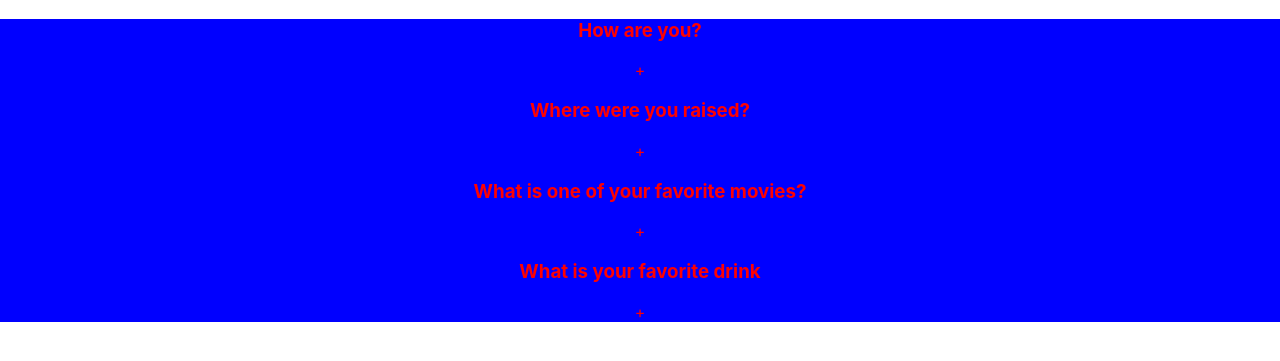
Repository: kosenijr/react-projects
Page: / (app in accordion/)
An editor plug-in stored every save of this project. The page is shown before and after the next save, followed by the edit.
The browser window is 1280 px wide. The pictures show the whole page.
The project was rebuilt for these pictures with package versions that can differ from the ones it lists, and the page was loaded fresh each time.

Above is the page before, as saved 2024-03-02 17:10:28.

After the next save:
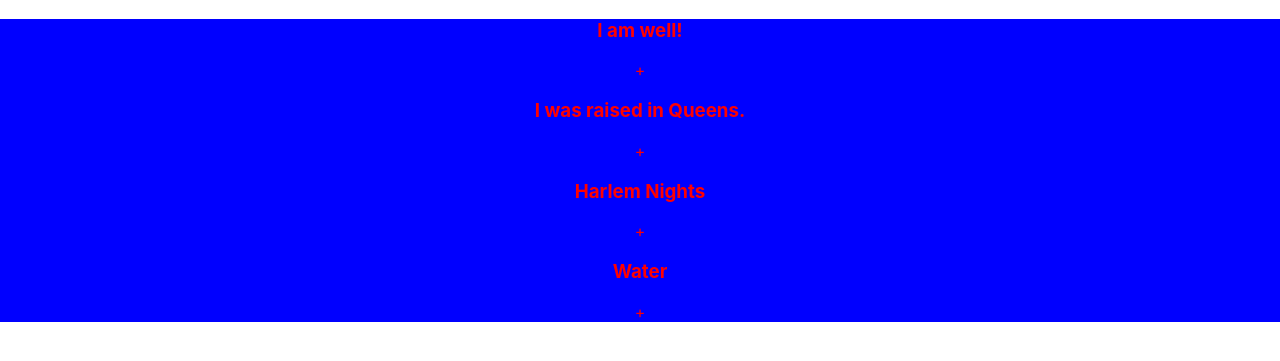
Saved 6 s later.
--- a/accordion/src/components/Accordion.js
+++ b/accordion/src/components/Accordion.js
@@ -11,7 +11,7 @@
         {data && data.length > 0 ? (
           data.map((dataItem) => <div className="item">
             <div className="title">
-            <h3>{dataItem.question}</h3>
+            <h3>{dataItem.answer}</h3>
             <span>+</span>
             </div>
           </ div>)

After the save that followed:
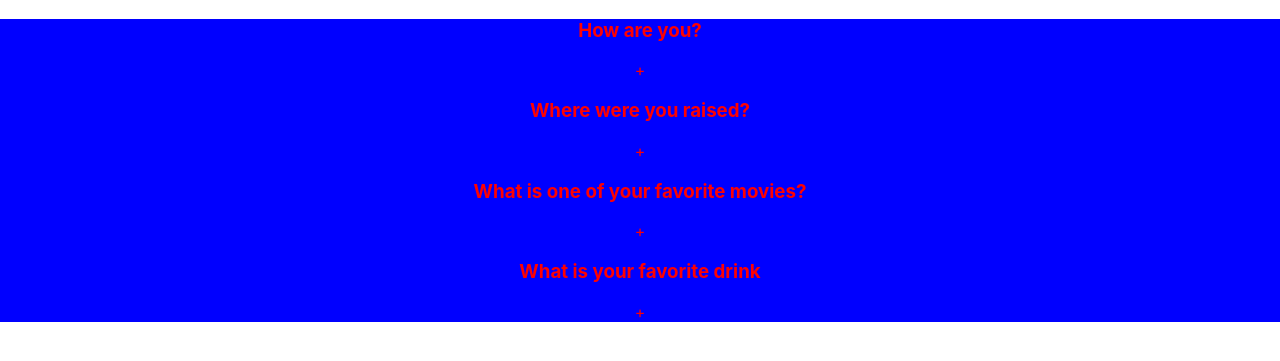
Saved 6 s later.
--- a/accordion/src/components/Accordion.js
+++ b/accordion/src/components/Accordion.js
@@ -11,7 +11,7 @@
         {data && data.length > 0 ? (
           data.map((dataItem) => <div className="item">
             <div className="title">
-            <h3>{dataItem.answer}</h3>
+            <h3>{dataItem.question}</h3>
             <span>+</span>
             </div>
           </ div>)
